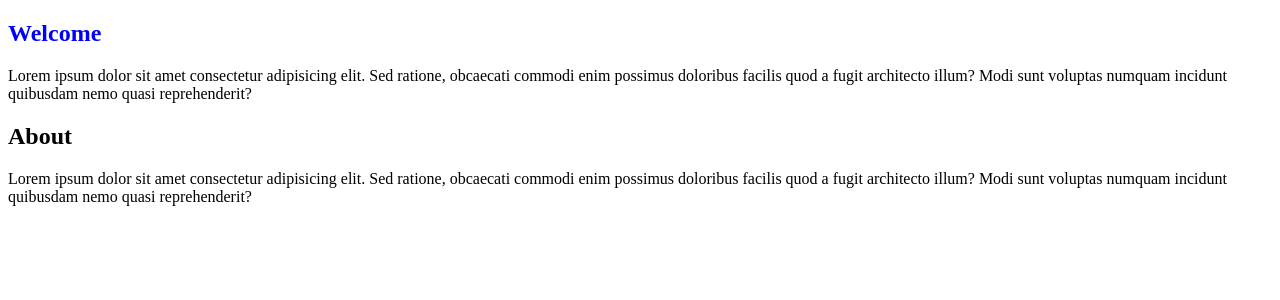
Repository: andiausrust/css-traversy
Page: css-basics/01_basic.html
An editor plug-in stored every save of this project. The page is shown before and after the next save, followed by the edit.
The browser window is 1280 px wide. The pictures show the whole page.

Above is the page before, as saved 2020-08-19 10:08:50.

### css-basics/01_basic.html
<!DOCTYPE html>
<html lang="en">
    <head>
        <meta charset="UTF-8" />
        <meta name="viewport" content="width=device-width, initial-scale=1.0" />
        <link rel="stylesheet" href="./css/style.css" />
        <title>CSS Selectors</title>
    </head>
    <body>
        <div id="welcome">
            <h2 id="primary-heading">Welcome</h2>
            <p><div>Lorem ipsum dolor sit amet consectetur
                adipisicing elit. Sed ratione, obcaecati commodi enim
                possimus doloribus facilis quod a fugit architecto illum?
                Modi sunt voluptas numquam incidunt quibusdam nemo quasi
                reprehenderit?</div></p>
        </div>
    <body>
        <div id="about">
            <h2>About</h2>
            <p><div>Lorem ipsum dolor sit amet consectetur
                adipisicing elit. Sed ratione, obcaecati commodi enim
                possimus doloribus facilis quod a fugit architecto illum?
                Modi sunt voluptas numquam incidunt quibusdam nemo quasi
                reprehenderit?</div></p>
        </div>
    </body>
</html>

### css-basics/css/style.css
/* . is for classes # for ids */
h2#primary-heading {
    color: blue;
}

#welcome {
    background-color: f4f4f4;
}

After the next save:
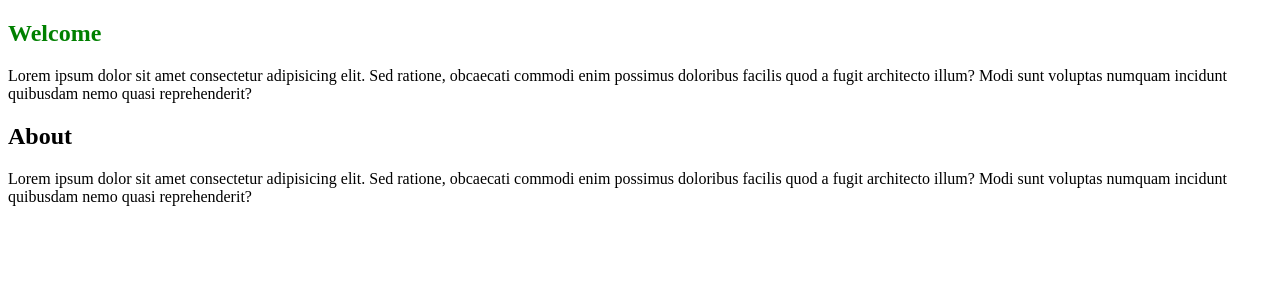
Saved 52 s later.
--- a/css-basics/css/style.css
+++ b/css-basics/css/style.css
@@ -1,6 +1,6 @@
 /* . is for classes # for ids */
 h2#primary-heading {
-    color: blue;
+    color: green;
 }
 
 #welcome {

After the save that followed:
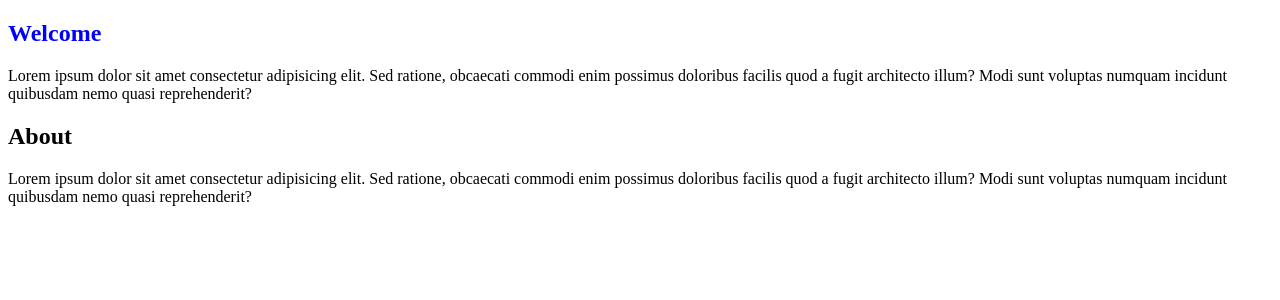
Saved 30 s later.
--- a/css-basics/css/style.css
+++ b/css-basics/css/style.css
@@ -1,6 +1,6 @@
 /* . is for classes # for ids */
 h2#primary-heading {
-    color: green;
+    color: blue;
 }
 
 #welcome {
